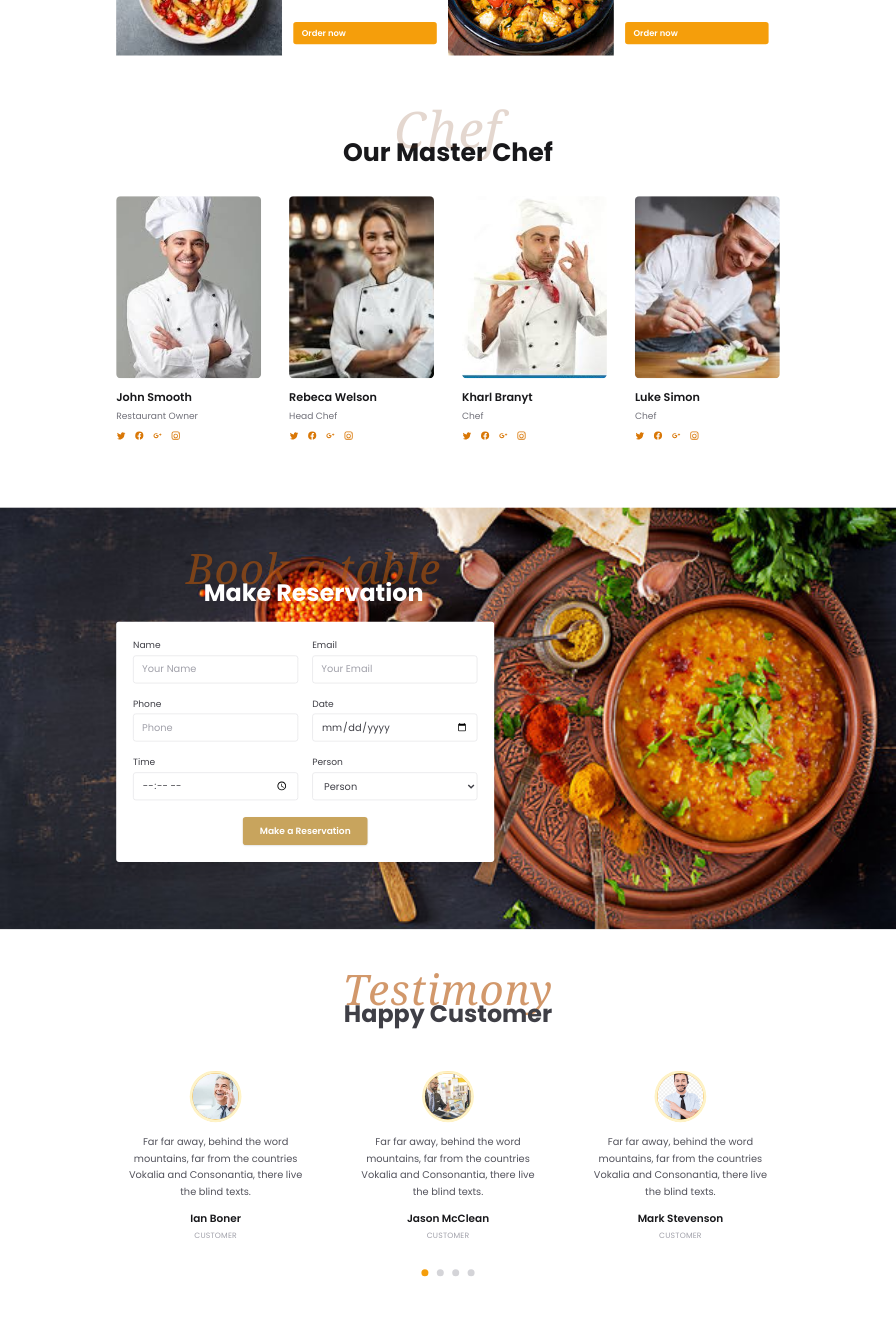
Repository: Purniagithub/Benttacproject
Page: /
These files come from the project's save history. The page is drawn as it stood at one moment and after the next save; the edit follows.
The browser window is 1280 px wide. The pictures show the part of the page from y = 2385 to 4305 px (the page is 4305 px tall before and 4277 px after), at 70% of full size.
Some web fonts or font styles are not loaded; a fallback is used. The project was rebuilt for these pictures with package versions that can differ from the ones it lists, and the page was loaded fresh each time. Also part of the build but not shown: vite.config.js.

Above is the page before, as saved 2025-08-21 20:06:11.

After the next save:
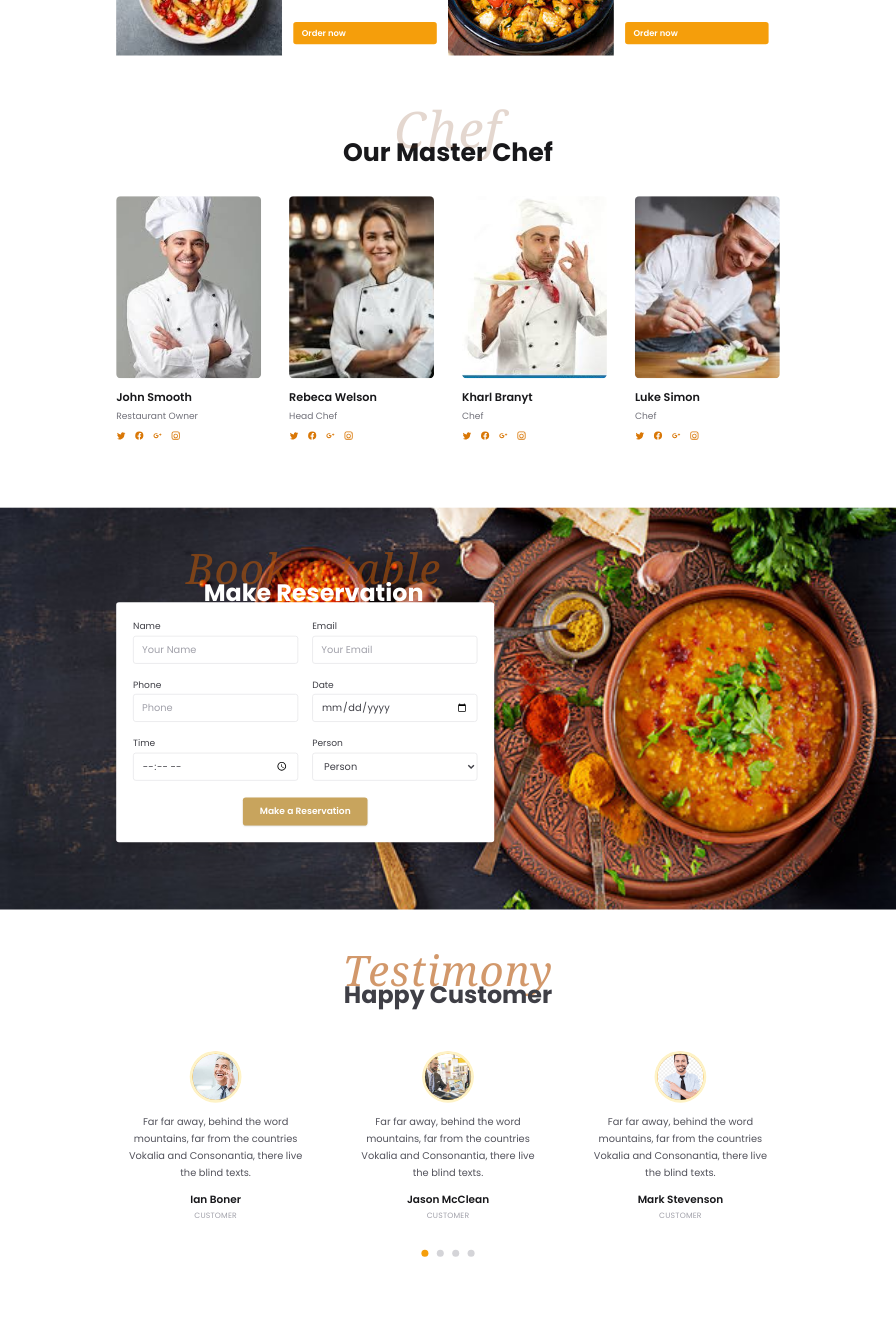
Saved 20 s later.
--- a/src/components/ReservationTestimonials.jsx
+++ b/src/components/ReservationTestimonials.jsx
@@ -157,7 +157,7 @@ export default function ReservationTestimonials() {
           </div>}
 
           {/* Form aligned left */}
-          <div className="relative flex justify-start mt-4">
+          <div className="relative flex justify-start -mt-4">
             <ReservationCard />
           </div>
         </div>
